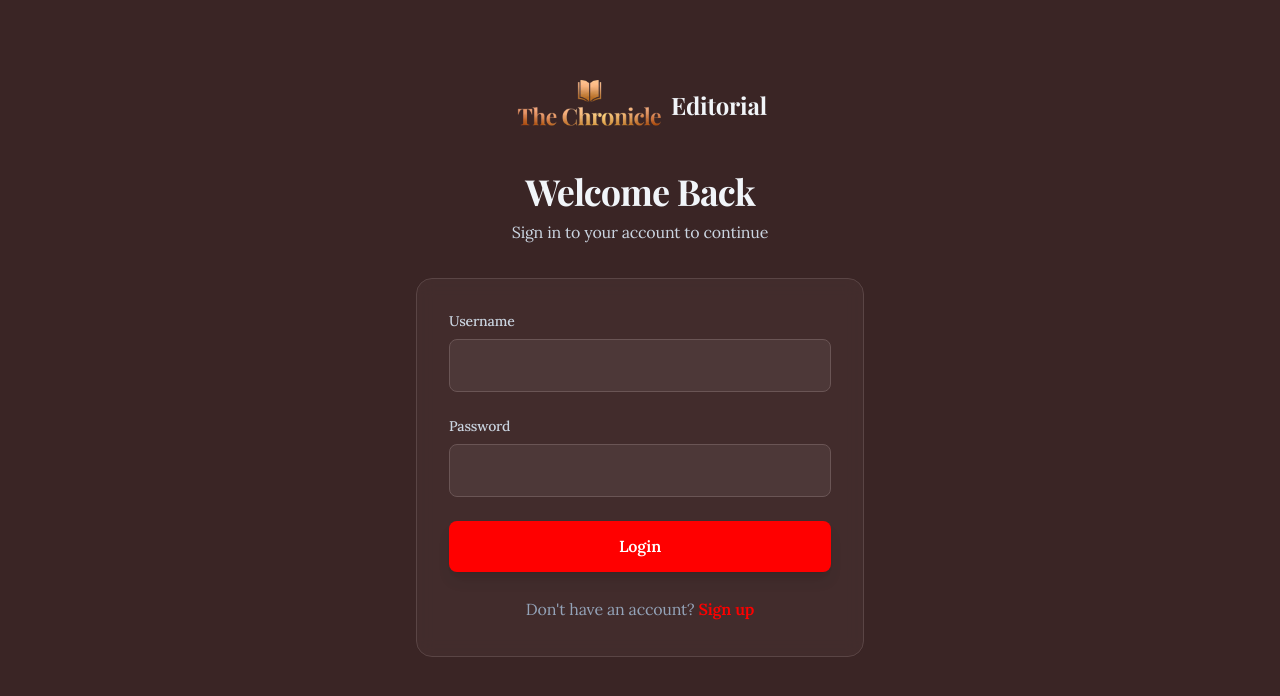
Repository: swaruplamsal/BasicBlogApp
Page: /login (app in blog-frontend/)
The author's editor kept a copy of each file at every save. The page is drawn from the files as they stood at one save, then again after a run of saves.
The browser window is 1280 px wide. The pictures show the whole page.
The page's requests for data from a server got no answer. The project was rebuilt for these pictures with package versions that can differ from the ones it lists, and the page was loaded fresh each time. The framework's server and built-in components were replaced by stand-ins that run in the browser. No one was signed in, and anything a server would have sent is missing. Also part of the build but not shown: blog-frontend/next.config.mjs.

Above is the page before, as saved 2026-02-07 10:32:28.

### blog-frontend/app/layout.js
// app/layout.js
import { Lora, Playfair_Display } from "next/font/google";
import { AuthProvider } from "./context/AuthContext";
import { generateSiteMetadata } from "../lib/metadata";
import "./globals.css";

export const metadata = generateSiteMetadata();

const lora = Lora({
  subsets: ["latin"],
  weight: ["400", "500", "600", "700"],
  variable: "--font-lora",
});

const playfair = Playfair_Display({
  subsets: ["latin"],
  weight: ["400", "500", "600", "700", "900"],
  variable: "--font-playfair",
});

export default function RootLayout({ children }) {
  return (
    <html lang="en">
      <body className={`${lora.variable} ${playfair.variable}`}>
        <AuthProvider>{children}</AuthProvider>
      </body>
    </html>
  );
}

### blog-frontend/app/login/page.js
// app/login/page.js
"use client";

import { useState } from "react";
import { useAuth } from "../context/AuthContext";
import { useRouter } from "next/navigation";
import Link from "next/link";
import Image from "next/image";

export default function LoginPage() {
  const [username, setUsername] = useState("");
  const [password, setPassword] = useState("");
  const [error, setError] = useState("");
  const [loading, setLoading] = useState(false);

  const { login } = useAuth();
  const router = useRouter();

  const handleSubmit = async (e) => {
    e.preventDefault();
    setError("");
    setLoading(true);

    const result = await login(username, password);

    if (result.success) {
      router.push("/");
    } else {
      setError(result.error);
    }

    setLoading(false);
  };

  return (
    <div
      className="min-h-screen flex items-center justify-center py-12 px-4"
      style={{ backgroundColor: "#3A2525" }}
    >
      <div className="max-w-md w-full">
        <div className="text-center mb-8">
          <Link
            href="/"
            className="inline-flex items-center gap-2 mb-6 cursor-pointer"
          >
            <div>
              <Image
                src="/images/logo.png"
                alt="Editorial logo"
                width={150}
                height={150}
                className="object-cover"
                priority
              />
            </div>
            <span
              className="text-2xl font-bold"
              style={{
                fontFamily: "'Playfair Display', serif",
                color: "#f1f5f9",
              }}
            >
              Editorial
            </span>
          </Link>
          <h1
            className="text-4xl font-bold mb-2"
            style={{
              fontFamily: "'Playfair Display', serif",
              color: "#f1f5f9",
            }}
          >
            Welcome Back
          </h1>
          <p style={{ color: "#cbd5e1" }}>
            Sign in to your account to continue
          </p>
        </div>

        <div
          className="rounded-2xl p-8 backdrop-blur-sm"
          style={{
            backgroundColor: "rgba(74, 53, 53, 0.5)",
            border: "1px solid #5a4545",
          }}
        >
          {error && (
            <div
              className="px-4 py-3 rounded-lg mb-6"
              style={{
                backgroundColor: "rgba(255, 0, 0, 0.1)",
                border: "1px solid rgba(255, 0, 0, 0.3)",
                color: "#ff6666",
              }}
            >
              {error}
            </div>
          )}

          <form onSubmit={handleSubmit} className="space-y-6">
            <div>
              <label
                className="block text-sm font-medium mb-2"
                style={{ color: "#cbd5e1" }}
              >
                Username
              </label>
              <input
                type="text"
                value={username}
                onChange={(e) => setUsername(e.target.value)}
                className="w-full px-4 py-3 rounded-lg transition-all"
                style={{
                  backgroundColor: "rgba(90, 69, 69, 0.5)",
                  border: "1px solid #6a5555",
                  color: "#f1f5f9",
                }}
                required
              />
            </div>

            <div>
              <label
                className="block text-sm font-medium mb-2"
                style={{ color: "#cbd5e1" }}
              >
                Password
              </label>
              <input
                type="password"
                value={password}
                onChange={(e) => setPassword(e.target.value)}
                className="w-full px-4 py-3 rounded-lg transition-all"
                style={{
                  backgroundColor: "rgba(90, 69, 69, 0.5)",
                  border: "1px solid #6a5555",
                  color: "#f1f5f9",
                }}
                required
              />
            </div>

            <button
              type="submit"
              disabled={loading}
              className="btn-primary w-full text-white font-semibold py-3 px-4 rounded-lg transition-all shadow-lg cursor-pointer disabled:cursor-not-allowed"
            >
              {loading ? "Logging in..." : "Login"}
            </button>
          </form>

          <p className="text-center mt-6" style={{ color: "#94a3b8" }}>
            Don&apos;t have an account?{" "}
            <Link
              href="/signup"
              className="link-red font-semibold cursor-pointer"
            >
              Sign up
            </Link>
          </p>
        </div>
      </div>
    </div>
  );
}

### blog-frontend/app/context/AuthContext.js
"use client";

import { createContext, useContext, useState, useEffect } from "react";
import { authApi } from "../../lib/api";

const AuthContext = createContext();

// Helper function to get initial state from localStorage
function getInitialAuth() {
  if (typeof window === "undefined") {
    return { token: null, user: null };
  }

  const savedToken = localStorage.getItem("token");
  const savedUser = localStorage.getItem("user");

  return {
    token: savedToken || null,
    user: savedUser ? JSON.parse(savedUser) : null,
  };
}

export function AuthProvider({ children }) {
  const [user, setUser] = useState(() => getInitialAuth().user);
  const [token, setToken] = useState(() => getInitialAuth().token);

  // Sync user data with backend on mount if token exists
  useEffect(() => {
    if (typeof window === "undefined" || !token) return;

    const syncUserData = async () => {
      try {
        const completeUser = await authApi.getCurrentUser();
        setUser(completeUser);
        localStorage.setItem("user", JSON.stringify(completeUser));
      } catch (error) {
        // If sync fails, user might be logged out - clear auth state
        setToken(null);
        setUser(null);
        localStorage.removeItem("token");
        localStorage.removeItem("user");
      }
    };

    syncUserData();
  }, [token]);

  const login = async (username, password) => {
    try {
      const data = await authApi.login(username, password);

      setToken(data.token);
      localStorage.setItem("token", data.token);

      // Fetch complete user data including profile
      try {
        const completeUser = await authApi.getCurrentUser();
        setUser(completeUser);
        localStorage.setItem("user", JSON.stringify(completeUser));
      } catch (profileError) {
        // Fallback to basic user data if profile fetch fails
        setUser(data.user);
        localStorage.setItem("user", JSON.stringify(data.user));
      }

      return { success: true };
    } catch (error) {
      return { success: false, error: error.message };
    }
  };

  const signup = async (username, email, password) => {
    try {
      const data = await authApi.signup(username, email, password);

      setToken(data.token);
      setUser(data.user);
      localStorage.setItem("token", data.token);
      localStorage.setItem("user", JSON.stringify(data.user));
      return { success: true };
    } catch (error) {
      return { success: false, error: error.message };
    }
  };

  const logout = () => {
    setToken(null);
    setUser(null);
    localStorage.removeItem("token");
    localStorage.removeItem("user");
  };

  const refreshUser = async () => {
    if (!token) return;

    try {
      const completeUser = await authApi.getCurrentUser();
      setUser(completeUser);
      localStorage.setItem("user", JSON.stringify(completeUser));
    } catch (error) {
      console.log("Failed to refresh user data:", error.message);
    }
  };

  return (
    <AuthContext.Provider
      value={{ user, token, login, signup, logout, refreshUser }}
    >
      {children}
    </AuthContext.Provider>
  );
}

export function useAuth() {
  return useContext(AuthContext);
}

### blog-frontend/lib/metadata.js
// Helper functions for generating metadata

export const generateSiteMetadata = () => ({
  title: {
    template: "%s | The Chronicle",
    default: "The Chronicle - Where Stories Matter",
  },
  description:
    "Discover thoughtful perspectives, compelling narratives, and insights that challenge the ordinary.",
  keywords: ["blog", "stories", "articles", "writing", "chronicle"],
  authors: [{ name: "The Chronicle Team" }],
  openGraph: {
    type: "website",
    locale: "en_US",
    siteName: "The Chronicle",
  },
  twitter: {
    card: "summary_large_image",
  },
  // Fallback favicon / site icon. Place a file at public/favicon.png (or /favicon.ico)
  icons: {
    icon: "/favicon.png",
    apple: "/favicon.png",
  },
});

export const generatePostMetadata = (post) => {
  if (!post) return {};

  return {
    title: post.title,
    description: post.content.substring(0, 160) + "...",
    keywords: post.tags?.map((tag) => tag.name) || [],
    authors: [{ name: post.author?.username || "Anonymous" }],
    openGraph: {
      title: post.title,
      description: post.content.substring(0, 160) + "...",
      type: "article",
      publishedTime: post.created_at,
      modifiedTime: post.updated_at,
      authors: [post.author?.username || "Anonymous"],
      tags: post.tags?.map((tag) => tag.name) || [],
    },
    twitter: {
      card: "summary_large_image",
      title: post.title,
      description: post.content.substring(0, 160) + "...",
    },
  };
};

### blog-frontend/app/globals.css
@import "tailwindcss";

@layer base {
  :root {
    /* Bold Editorial Theme - Color Hunt Palette */
    --background: #3a2525;
    --background-elevated: #4a3535;
    --background-hover: #5a4545;
    --foreground: #f1f5f9;
    --foreground-muted: #cbd5e1;
    --foreground-subtle: #94a3b8;

    /* Accent Colors */
    --accent: #ff0000;
    --accent-hover: #cc0000;
    --accent-light: #ff3333;
    --accent-secondary: #9e2a2a;
    --navy: #000080;
    --navy-hover: #0000a0;

    /* Borders & Dividers */
    --border: #5a4545;
    --border-light: #6a5555;

    /* Semantic Colors */
    --success: #10b981;
    --error: #ff0000;
    --warning: #ff0000;
  }

  body {
    background: var(--background);
    color: var(--foreground);
    font-family:
      var(--font-lora),
      -apple-system,
      BlinkMacSystemFont,
      "Segoe UI",
      Roboto,
      sans-serif;
    line-height: 1.7;
    -webkit-font-smoothing: antialiased;
    -moz-osx-font-smoothing: grayscale;
    letter-spacing: -0.011em;
  }

  h1,
  h2,
  h3,
  h4,
  h5,
  h6 {
    font-family: var(--font-playfair), Georgia, serif;
    font-weight: 700;
    line-height: 1.25;
    color: var(--foreground);
    letter-spacing: -0.025em;
  }
}

@layer components {
  /* Custom Scrollbar */
  ::-webkit-scrollbar {
    width: 8px;
  }

  ::-webkit-scrollbar-track {
    background: var(--background);
  }

  ::-webkit-scrollbar-thumb {
    background: var(--accent);
    border-radius: 4px;
  }

  ::-webkit-scrollbar-thumb:hover {
    background: var(--accent-hover);
  }

  /* Smooth transitions */
  * {
    transition-property:
      background-color, border-color, color, fill, stroke, transform, opacity;
    transition-timing-function: cubic-bezier(0.4, 0, 0.2, 1);
    transition-duration: 200ms;
  }

  /* Editorial Utilities */
  .editorial-gradient {
    background: linear-gradient(
      135deg,
      var(--background) 0%,
      var(--background-elevated) 100%
    );
  }

  .text-gradient {
    background: linear-gradient(135deg, #ff0000, #9e2a2a);
    -webkit-background-clip: text;
    -webkit-text-fill-color: transparent;
    background-clip: text;
  }

  .reading-progress {
    position: fixed;
    top: 0;
    left: 0;
    height: 3px;
    background: linear-gradient(90deg, #ff0000, #9e2a2a);
    z-index: 9999;
    transition: width 0.1s ease-out;
  }

  .card-hover {
    transition: all 0.3s cubic-bezier(0.4, 0, 0.2, 1);
  }

  .card-hover:hover {
    transform: translateY(-2px);
    box-shadow: 0 20px 40px -12px rgba(255, 0, 0, 0.2);
    border-color: #6a5555 !important;
  }

  /* Button Styles */
  .btn-primary {
    background-color: #ff0000;
    box-shadow: 0 10px 25px -5px rgba(255, 0, 0, 0.3);
    transition: all 0.3s ease;
  }

  .btn-primary:hover {
    background-color: #cc0000;
    box-shadow: 0 15px 30px -5px rgba(255, 0, 0, 0.4);
  }

  /* Link Styles */
  .link-red {
    color: #ff0000;
    transition: color 0.2s ease;
  }

  .link-red:hover {
    color: #ff3333;
  }

  .link-nav {
    color: #cbd5e1;
    transition: color 0.2s ease;
  }

  .link-nav:hover {
    color: #ff0000;
  }

  /* Article Title */
  .article-title {
    color: #f1f5f9;
    transition: color 0.3s ease;
  }

  .article-title:hover {
    color: #ff0000;
  }

  /* Tag Styles */
  .tag {
    color: #94a3b8;
    background-color: rgba(90, 69, 69, 0.5);
    border: 1px solid rgba(106, 85, 85, 0.5);
    transition: all 0.2s ease;
  }

  .tag:hover {
    border-color: #9e2a2a;
    color: #cbd5e1;
  }
  /* Form Styles */
  .form-input {
    background-color: rgba(90, 69, 69, 0.5);
    border: 1px solid #6a5555;
    color: #f1f5f9;
    transition: all 0.2s ease;
  }

  .form-input:focus {
    outline: none;
    border-color: #ff0000;
    background-color: rgba(90, 69, 69, 0.7);
  }

  .form-label {
    color: #cbd5e1;
  }

  .form-container {
    background-color: rgba(74, 53, 53, 0.5);
    border: 1px solid #5a4545;
  }

  .btn-secondary {
    background-color: rgba(90, 69, 69, 0.8);
    color: #cbd5e1;
    border: 1px solid #6a5555;
    transition: all 0.2s ease;
  }

  .btn-secondary:hover {
    background-color: rgba(90, 69, 69, 1);
    border-color: #7a6565;
  }

  .btn-danger {
    background-color: rgba(158, 42, 42, 0.8);
    color: #fff;
    border: 1px solid #9e2a2a;
    transition: all 0.2s ease;
  }

  .btn-danger:hover {
    background-color: #9e2a2a;
  }

  .btn-success {
    background-color: rgba(16, 185, 129, 0.8);
    color: #fff;
    transition: all 0.2s ease;
  }

  .btn-success:hover {
    background-color: rgb(16, 185, 129);
  }

  /* ========================================
   LOADING & ANIMATION STYLES
   ======================================== */

  /* Shimmer effect for skeleton loaders */
  @keyframes shimmer {
    0% {
      transform: translateX(-100%);
    }
    100% {
      transform: translateX(100%);
    }
  }

  .animate-shimmer {
    animation: shimmer 2s infinite;
  }

  /* Fade in animation */
  @keyframes fade-in {
    from {
      opacity: 0;
    }
    to {
      opacity: 1;
    }
  }

  .animate-fade-in {
    animation: fade-in 0.5s ease-out;
  }

  /* Fade in and slide up animation */
  @keyframes fade-in-up {
    from {
      opacity: 0;
      transform: translateY(20px);
    }
    to {
      opacity: 1;
      transform: translateY(0);
    }
  }

  .animate-fade-in-up {
    animation: fade-in-up 0.6s ease-out;
  }

  /* Scale in animation */
  @keyframes scale-in {
    from {
      opacity: 0;
      transform: scale(0.95);
    }
    to {
      opacity: 1;
      transform: scale(1);
    }
  }

  .animate-scale-in {
    animation: scale-in 0.4s ease-out;
  }

  /* Smooth transitions for all interactive elements */
  .transition-smooth {
    transition: all 0.3s cubic-bezier(0.4, 0, 0.2, 1);
  }
}

Loaded but not shown: blog-frontend/lib/api.js (library)

After the next 3 saves:
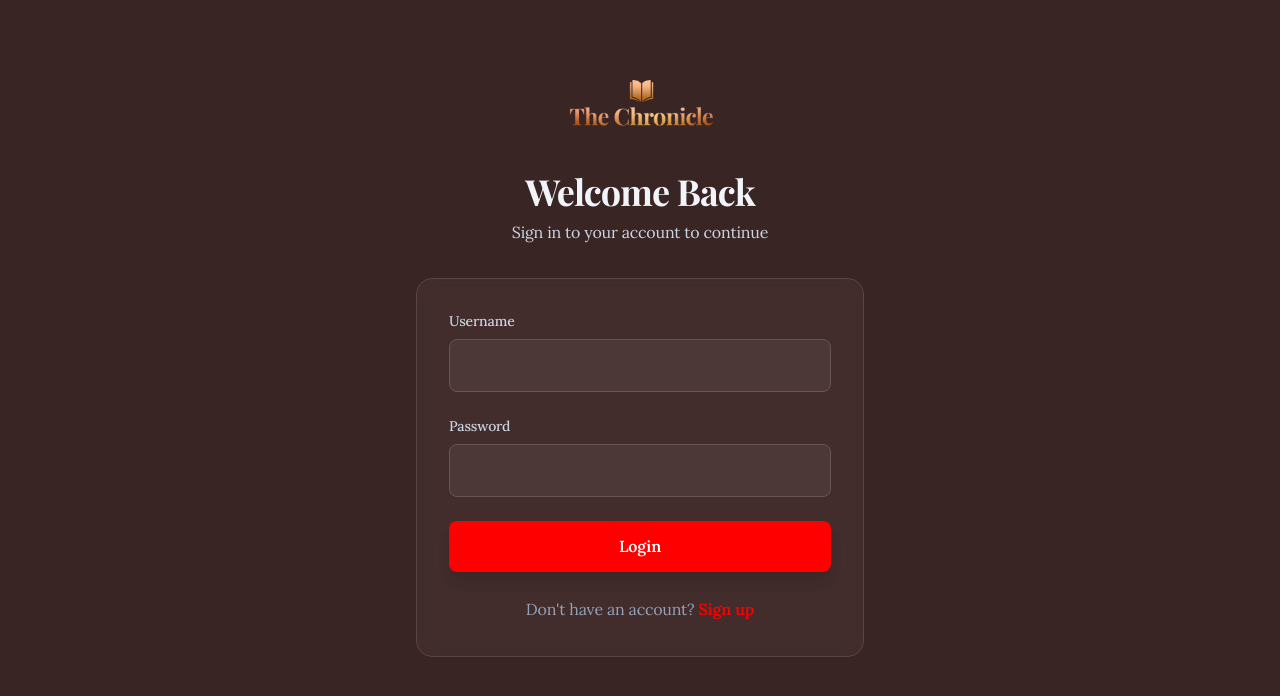
The 3 saves are shown as one change because they came seconds apart.
The last was saved 39 s later.
--- a/blog-frontend/app/login/page.js
+++ b/blog-frontend/app/login/page.js
@@ -53,15 +53,6 @@ export default function LoginPage() {
                 priority
               />
             </div>
-            <span
-              className="text-2xl font-bold"
-              style={{
-                fontFamily: "'Playfair Display', serif",
-                color: "#f1f5f9",
-              }}
-            >
-              Editorial
-            </span>
           </Link>
           <h1
             className="text-4xl font-bold mb-2"
